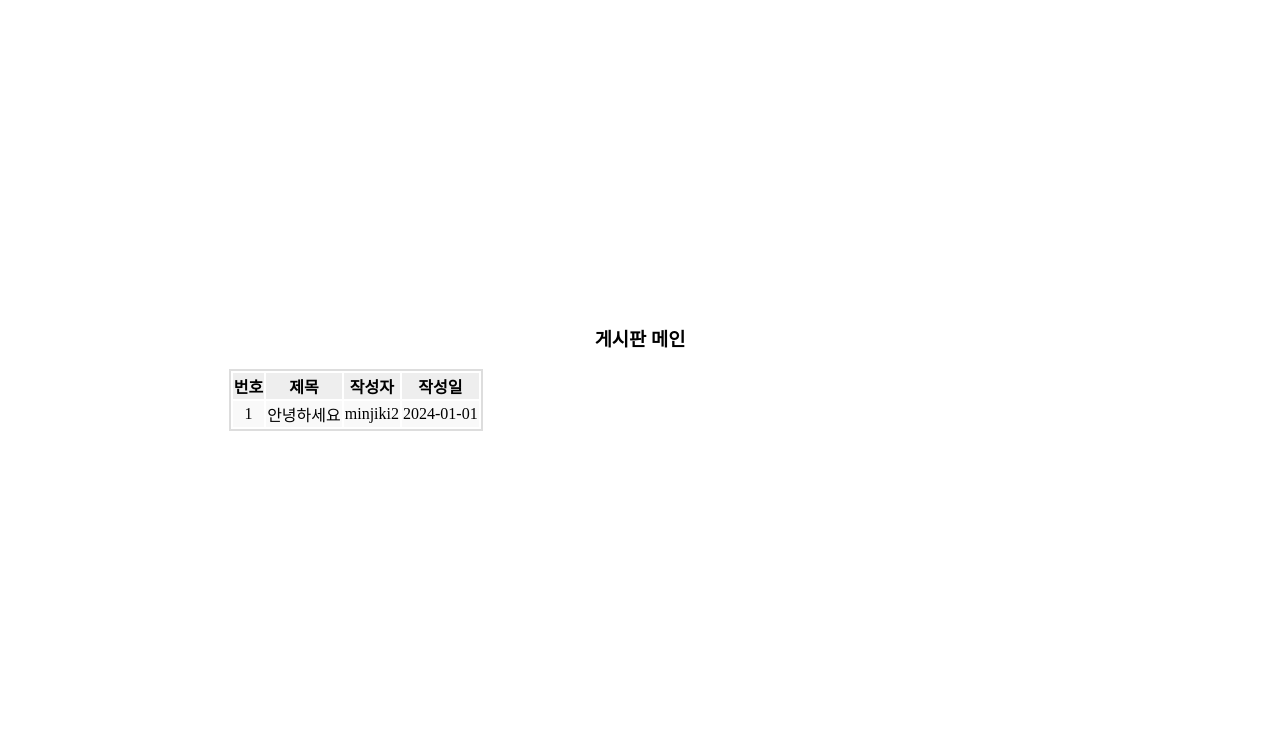
Repository: minjikimkim2222/BBS
Page: http://localhost/BBS/bbs.jsp
These files come from the project's save history. The page is drawn as it stood at one moment and after the next save; the edit follows.
The browser window is 1280 px wide. The pictures show the whole page.
The page is served by Tomcat 9. Other server files are loaded and not shown.

Above is the page before, as saved 2024-01-01 13:05:25.

### BBS/src/main/webapp/bbs.jsp
<%@ page language="java" contentType="text/html; charset=UTF-8"
    pageEncoding="UTF-8"%>
<!DOCTYPE html>
<html>
<head>

	<meta HTTP-EQUIV="content-type" CONTENT="text/html; CHARSET=UTF-8" charset = "UTF-8"> <!--  클라이언트 문자 인코딩 방식  -->
	<meta name="viewport" content="width=device-width, initial-scale=1.0">
	<link rel = "stylesheet" href = "css/bootstrap.css">

	<title>bbs 게시판 화면</title>
</head>
<body>

<!-- 게시판 메인 페이지 영역 시작  -->

	<div class = "container table-container">
		<div class = "col-lg-8">
			<h3 style = "text-align : center;">게시판 메인</h3>
			<table class = "table table-striped" style = "text-align : center; border : 2px solid #dddddd">
				<thead>
					<tr>
						<th style = "background-color : #eeeeee" >번호</th>
						<th style = "background-color : #eeeeee">제목</th>
						<th style = "background-color : #eeeeee">작성자</th>
						<th style = "background-color : #eeeeee">작성일</th>
					</tr>
				</thead>
				<tbody>
					<tr>
						<td>1</td>
						<td>안녕하세요</td>
						<td>minjiki2</td>
						<td>2024-01-01</td>
					</tr>
				</tbody>
			</table>

			<!-- 글쓰기 버튼 생성, 버튼 누르면 write.jsp 페이지로 이동할 것 -->

		</div>
	</div>
</body>
</html>

### BBS/src/main/webapp/css/bootstrap.css
@charset "UTF-8";

.form-group {
  margin-bottom: 20px;
}

.form-control {
  display: block;
  width: 100%;
  height: 40px;
  padding: 10px 15px;
  font-size: 14px;
  line-height: 1.42857143;
  color: #555;
  background-color: #fff;
  background-image: none;
  border: 1px solid #ccc;
  border-radius: 4px;
  -webkit-box-shadow: inset 0 1px 1px rgba(0, 0, 0, .075);
          box-shadow: inset 0 1px 1px rgba(0, 0, 0, .075);
  -webkit-transition: border-color ease-in-out .15s, -webkit-box-shadow ease-in-out .15s;
       -o-transition: border-color ease-in-out .15s, box-shadow ease-in-out .15s;
          transition: border-color ease-in-out .15s, box-shadow ease-in-out .15s;
  box-sizing: border-box; /* 추가된 부분 */
}

.container {
  padding-right: 15px;
  padding-left: 15px;
  margin-right: auto;
  margin-left: auto;
}

.jumbotron {
  padding-top: 30px;
  padding-bottom: 30px;
  margin-bottom: 30px;
  color: inherit;
  background-color: #eee;
  box-sizing: border-box; /* 추가된 부분 */
}

.col-lg-4 {
  width: 33.33333333%;
}


.col-lg-5 {
    width: 41.66666667%;
}


/* 게시판 기능 추가 이후 */

table {
  background-color: transparent;
}

.table-striped > tbody > tr:nth-of-type(odd) {
  background-color: #f9f9f9;
}

        .table-container {
            display: flex;
            justify-content: center;
            align-items: center;
            height: 100vh; /* 전체 화면 높이에 따라 가운데 정렬 */
        }

          .col-lg-8 {
    width: 66.66666667%;
  }

After the next save:
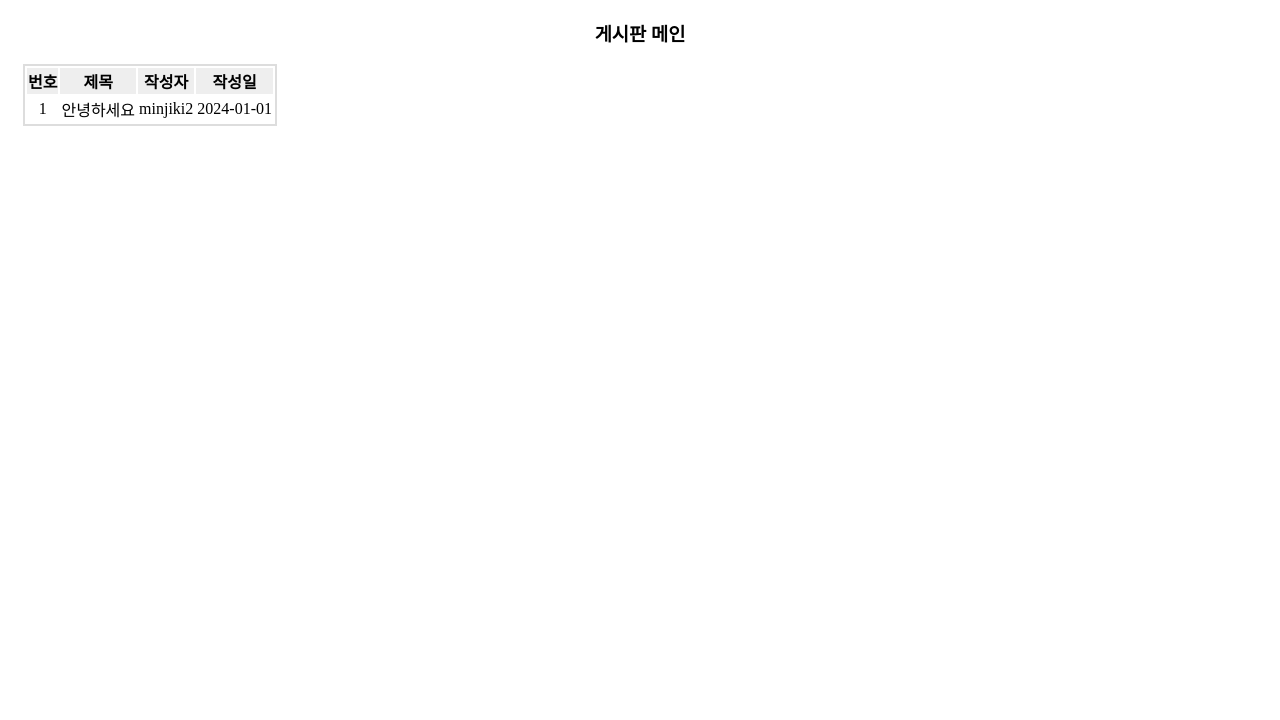
Saved 2 min 23 s later.
--- a/BBS/src/main/webapp/css/bootstrap.css
+++ b/BBS/src/main/webapp/css/bootstrap.css
@@ -55,18 +55,3 @@
 table {
   background-color: transparent;
 }
-
-.table-striped > tbody > tr:nth-of-type(odd) {
-  background-color: #f9f9f9;
-}
-
-        .table-container {
-            display: flex;
-            justify-content: center;
-            align-items: center;
-            height: 100vh; /* 전체 화면 높이에 따라 가운데 정렬 */
-        }
-
-          .col-lg-8 {
-    width: 66.66666667%;
-  }
